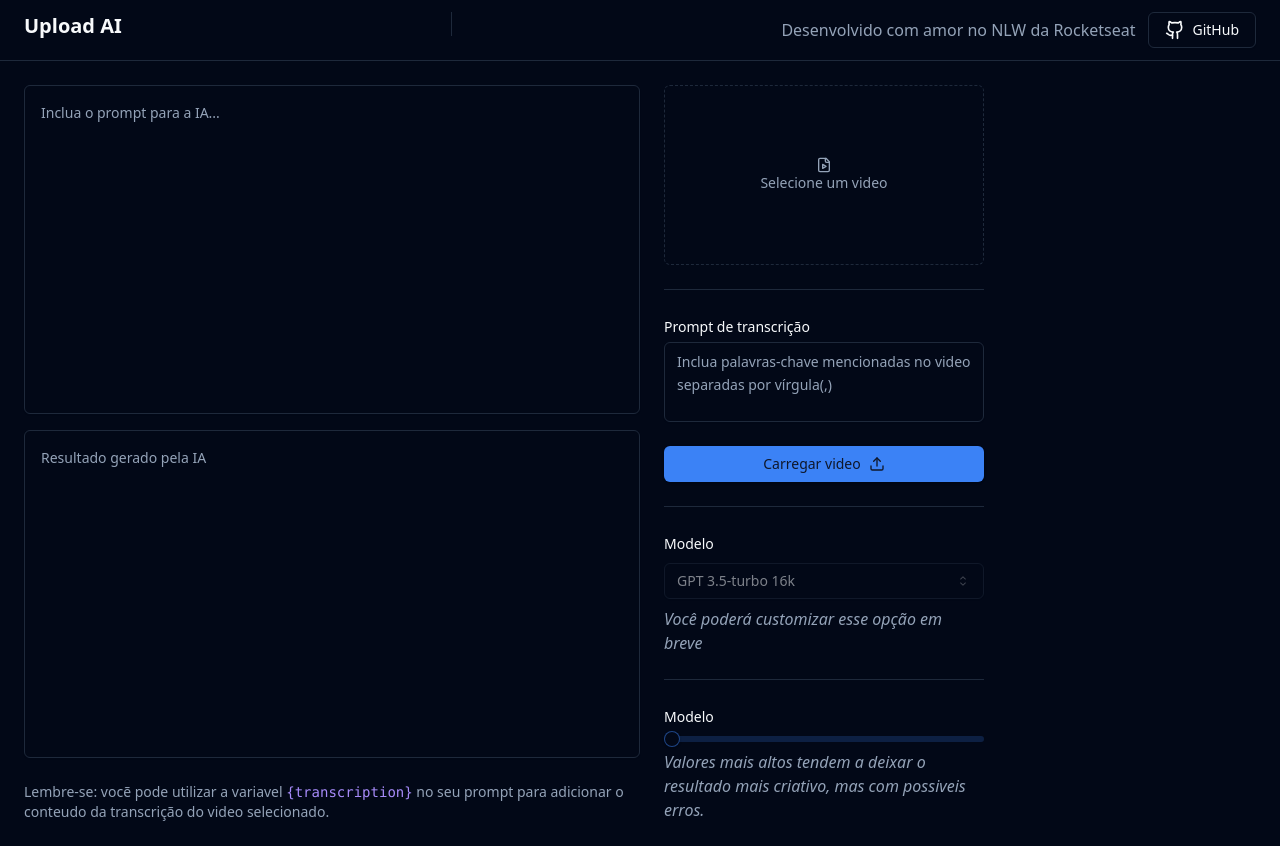
Repository: brksaian/nlw-2023-IA
Page: /
The author's editor kept a copy of each file at every save. The page is drawn from the files as they stood at one save, then again after the next save.
The browser window is 1280 px wide. The pictures show the whole page.
The project was rebuilt for these pictures with package versions that can differ from the ones it lists, and the page was loaded fresh each time. Also part of the build but not shown: vite.config.ts.

Above is the page before, as saved 2023-09-13 01:01:08.

After the next save:
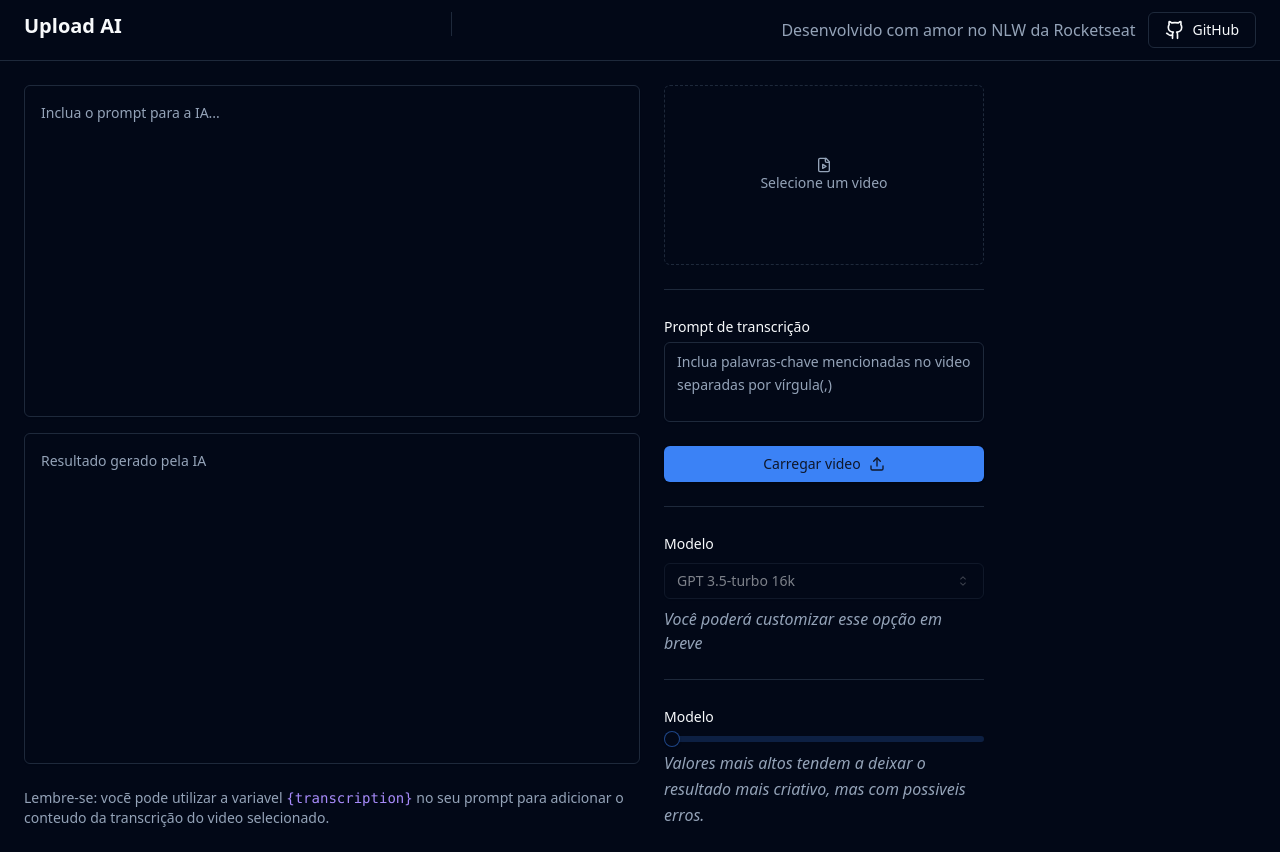
Saved 44 s later.
--- a/src/App.tsx
+++ b/src/App.tsx
@@ -111,7 +111,7 @@ export function App() {
             <div className="space-y-2">
               <Label htmlFor="keywords">Modelo</Label>
               <Slider min={0} max={1} step={0.1} />
-              <span className="text-xm text-muted-foreground block italic">
+              <span className="text-xm text-muted-foreground block italic leading-relaxed">
                 Valores mais altos tendem a deixar o resultado mais criativo,
                 mas com possiveis erros.
               </span>
